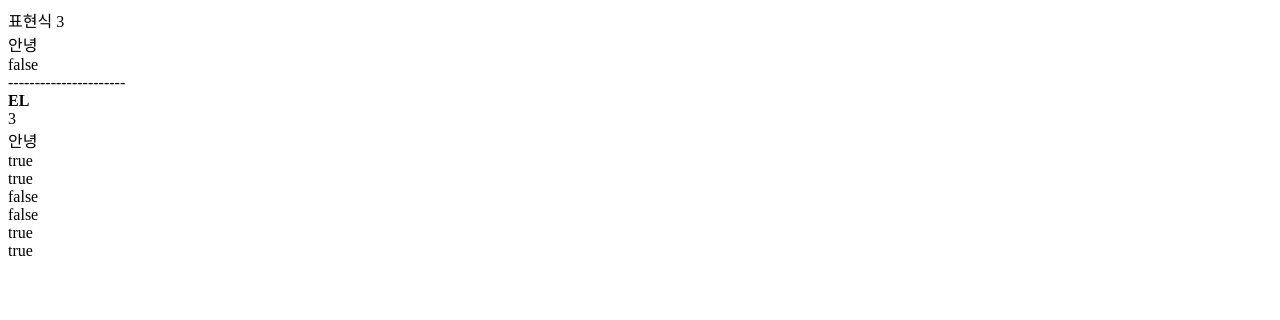
Repository: huntingforheat/JavaProject
Page: http://localhost/myweb/EL/el_basic.jsp
The author's editor kept a copy of each file at every save. The page is drawn from the files as they stood at one save, then again after the next save.
The browser window is 1280 px wide. The pictures show the whole page.
The page is served by Tomcat 9.

Above is the page before, as saved 2024-04-17 00:48:23.

After the next save:
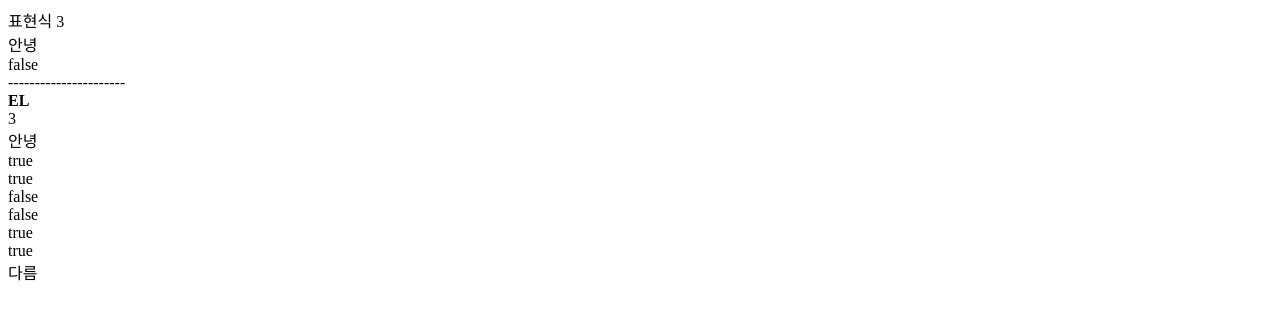
Saved 37 s later.
--- a/myweb/src/main/webapp/EL/el_basic.jsp
+++ b/myweb/src/main/webapp/EL/el_basic.jsp
@@ -37,5 +37,7 @@
 		 ${'홍길동' == '홍길동' }<br>
 		 ${'홍길동' eq '홍길동' }<br>
 
+		 ${1 == 2 ? "같음" : "다름" }<br>
+
 	</body>
 </html>
